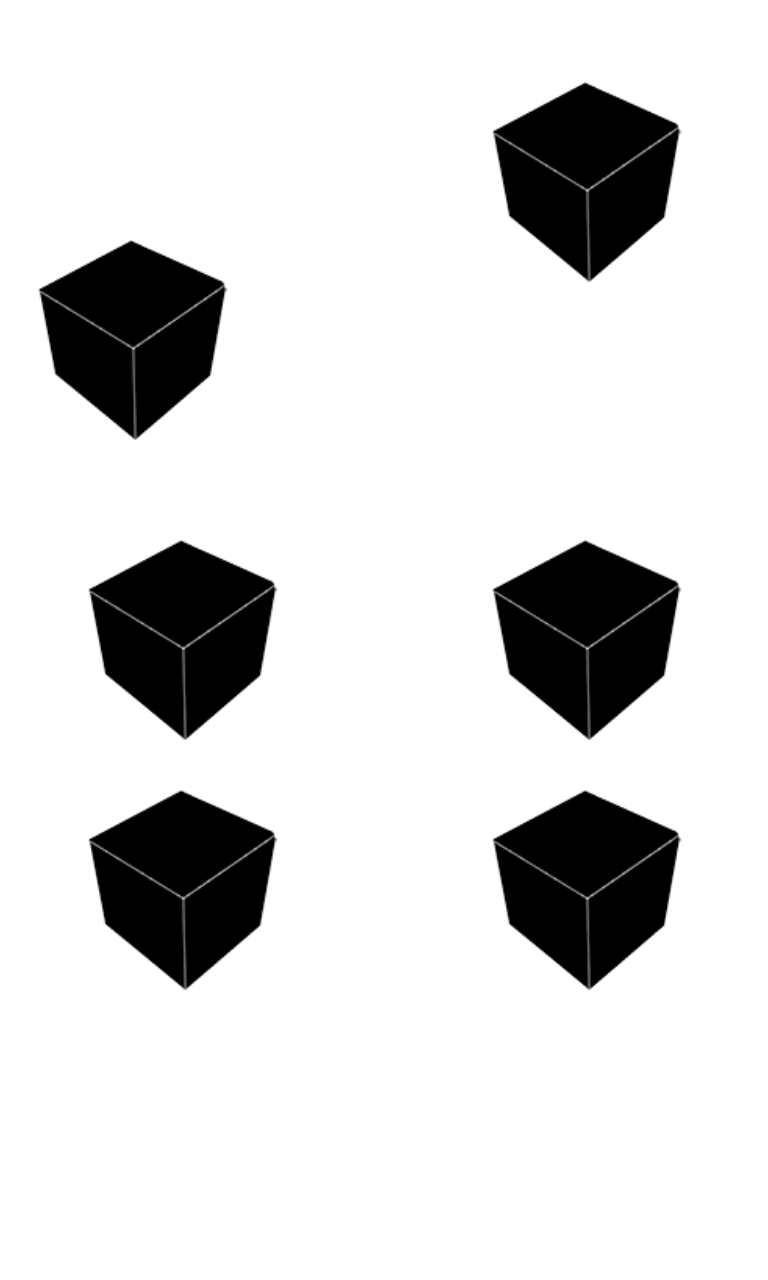
Repository: DSKarramba/university
Layout: models_and_methods_ICS/lab_01/code/calc/res/layout/activity_main.xml
The author's editor kept a copy of each file at every save. The layout is drawn from the files as they stood at one save, then again after the next save.
It is drawn on a 768 x 1280 px phone screen (xhdpi) without system bars, with theme AppTheme; the app's code is not run.

Above is the layout before, as saved 2014-12-11 03:39:48.

After the next save:
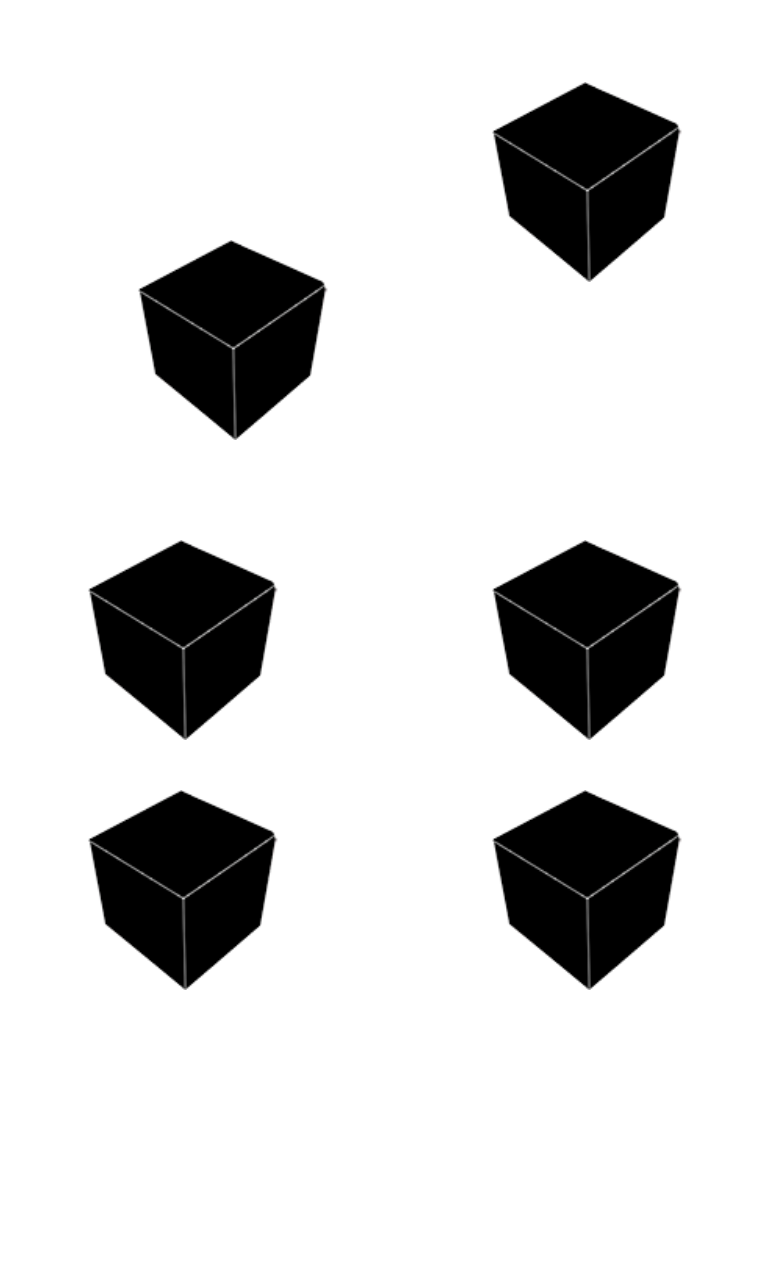
Saved 27 s later.
--- a/models_and_methods_ICS/lab_01/code/calc/res/layout/activity_main.xml
+++ b/models_and_methods_ICS/lab_01/code/calc/res/layout/activity_main.xml
@@ -14,7 +14,7 @@
         android:layout_width="100dp"
         android:layout_height="100dp"
         android:layout_above="@+id/img3"
-        android:layout_marginRight="50dp"
+        android:layout_marginLeft="50dp"
         android:layout_marginBottom="50dp"
         android:background="@android:color/transparent"
         android:contentDescription="@string/str_box"

After the save that followed:
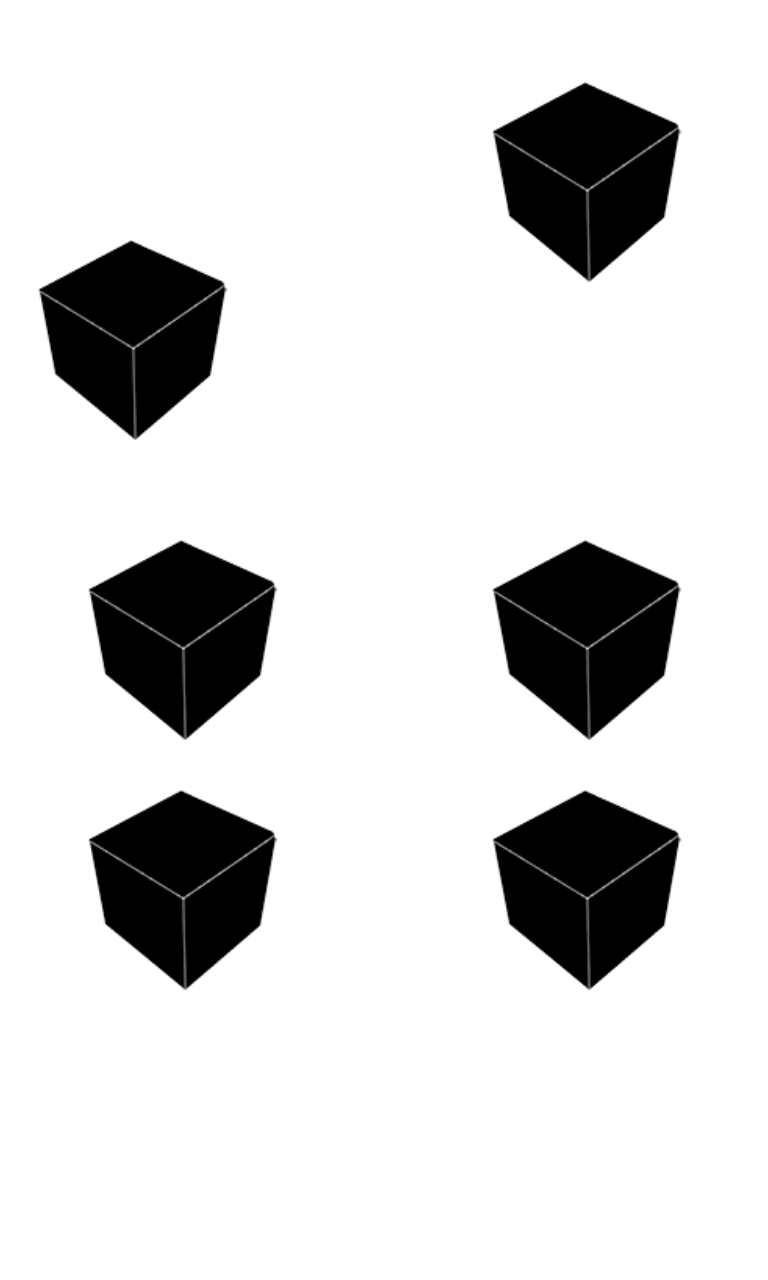
Saved 4 s later.
--- a/models_and_methods_ICS/lab_01/code/calc/res/layout/activity_main.xml
+++ b/models_and_methods_ICS/lab_01/code/calc/res/layout/activity_main.xml
@@ -14,7 +14,6 @@
         android:layout_width="100dp"
         android:layout_height="100dp"
         android:layout_above="@+id/img3"
-        android:layout_marginLeft="50dp"
         android:layout_marginBottom="50dp"
         android:background="@android:color/transparent"
         android:contentDescription="@string/str_box"
